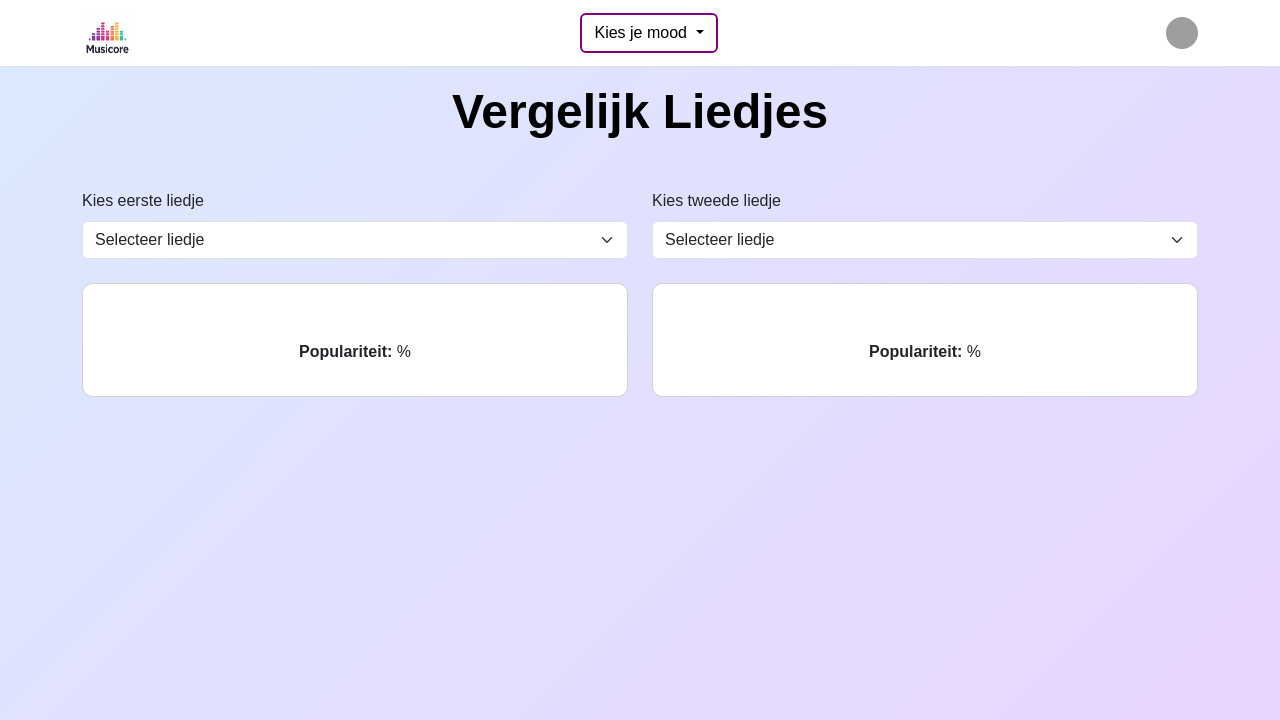
Repository: khadishat00/maskr
Page: maskr-frontend/compare.html
An editor plug-in stored every save of this project. The page is shown before and after the next save, followed by the edit.
The browser window is 1280 px wide. The pictures show the whole page.
Pictures or frames that could not be fetched are drawn as grey boxes.

Above is the page before, as saved 2026-04-28 11:00:48.

### maskr-frontend/compare.html
<!DOCTYPE html>
<html lang="en">
<head>
    <meta charset="UTF-8">
    <meta name="viewport" content="width=device-width, initial-scale=1.0">

    <link href="https://cdn.jsdelivr.net/npm/bootstrap@5.3.3/dist/css/bootstrap.min.css" rel="stylesheet" />
    <script src="https://cdn.jsdelivr.net/npm/bootstrap@5.3.2/dist/js/bootstrap.bundle.min.js"></script>
    <link rel="stylesheet" href="css/general.css" />
    <script src="https://unpkg.com/lucide@latest"></script>
</head>
<header class="py-2 mb-3 border-bottom bg-white">
    <div
      class="container d-flex align-items-center justify-content-between"
    >
       <div class="logo">
       <a href="home.html"> <img src="assets/logo.png" alt="logo" width="50" height="50" /></a>
      </div>
      <div class="dropdown">
        <button
          class="btn dropdown-toggle"
          type="button"
          data-bs-toggle="dropdown"
          style="
            background-color: white;
            border: 2px solid purple;
            color: black;" >
          Kies je mood
        </button>
        <ul class="dropdown-menu">
          <li><a class="dropdown-item" href="#"> Blij</a></li>
          <li><a class="dropdown-item" href="#"> Moe</a></li>
          <li><a class="dropdown-item" href="#"> Gemotiveerd</a></li>
          <li><a class="dropdown-item" href="#"> Relaxed</a></li>
        </ul>
      </div>
      <div class="dropdown">
        <img
          src="https://images.pexels.com/photos/6985001/pexels-photo-6985001.jpeg"
          alt="profiel"
          width="32"
          height="32"
          class="rounded-circle dropdown-toggle"
          data-bs-toggle="dropdown"
          style="cursor: pointer"
        />

        <ul class="dropdown-menu dropdown-menu-end text-small shadow">
          <li><a class="dropdown-item" href="#">Profiel</a></li>  <!-- profile page nog aanmaken-->
          <li><hr class="dropdown-divider" /></li>
          <li><a class="dropdown-item" href="index.html">Afmelden</a></li>
        </ul>
      </div>
    </div>
  </header>
<body>
<header class="text-center mb-5">
    <h1 class="display-5 fw-bold text-black mb-3">
        Vergelijk Liedjes
        <div class="dropdown">
                        <ul class="dropdown-menu dropdown-menu-end text-small shadow">
                <li><a class="dropdown-item" href="#">Profiel</a></li>
                <li><hr class="dropdown-divider" /></li>
                <li><a class="dropdown-item" href="index.html">Afmelden</a></li>
            </ul>
        </div>
    </div>
</header>

<div class="container">

    <!-- dropdowns -->
    <div class="row mb-4">
        <div class="col-md-6">
            <label class="form-label">Kies eerste liedje</label>
            <select id="song1" class="form-select">
                <option value="">Selecteer liedje</option>
            </select>
        </div>

        <div class="col-md-6">
            <label class="form-label">Kies tweede liedje</label>
            <select id="song2" class="form-select">
                <option value="">Selecteer liedje</option>
            </select>
        </div>
    </div>

    <div class="row g-4" id="compareResult">

        <div class="col-md-6">
            <div class="card p-3 text-center">
                <img id="cover1" class="img-fluid rounded mb-3" style="max-height:300px; object-fit:cover;">
                <h4 id="title1"></h4>
                <p id="artist1"></p>
                <p><strong>Populariteit:</strong> <span id="pop1"></span>%</p>
            </div>
        </div>

        <div class="col-md-6">
            <div class="card p-3 text-center">
                <img id="cover2" class="img-fluid rounded mb-3" style="max-height:300px; object-fit:cover;">
                <h4 id="title2"></h4>
                <p id="artist2"></p>
                <p><strong>Populariteit:</strong> <span id="pop2"></span>%</p>
            </div>
        </div>

    </div>
</div>

<script src="compare.js"></script>

</body>
</html>

### maskr-frontend/css/general.css
body {
  min-height: 100vh;
  background: linear-gradient(135deg, #dbeafe, #e9d5ff) !important;
  font-family: sans-serif;
}

.card {
  border-radius: 10px;
  overflow: hidden;
  transition: transform 0.2s ease;
}

.card:hover {
  transform: scale(1.03);
}

.card-img-top {
  height: 200px;
  object-fit: cover;
}

.btn-dark:hover {
  background-color: #6b21a8;
}

.text-purple-900 {
  color: #6b21a8;
}

.text-purple-700 {
  color: #7c3aed;
}

.text-primary {
  color: #6b21a8 !important;
}

.search-wrapper {
  display: flex;
  align-items: center;
  background: white;
  border-radius: 14px;
  padding: 10px;
  position: relative;
}

.search-icon {
  position: absolute;
  left: 18px;
  width: 20px;
  height: 20px;
}

.custom-input {
  border: none;
  padding-left: 45px;
  height: 50px;
}

.custom-input:focus {
  box-shadow: none;
}

.btn-search {
  border-radius: 10px;
  padding: 10px 25px;
}

.action-card {
  border-radius: 14px;
  cursor: pointer;
  transition: all 0.2s ease;
}

.action-card:hover {
  transform: translateY(-4px);
  box-shadow: 0 10px 25px rgba(0, 0, 0, 0.1);
}

.icon-box {
  width: 56px;
  height: 56px;
  border-radius: 12px;
  display: flex;
  align-items: center;
  justify-content: center;
}

.gradient-blue {
  background: linear-gradient(135deg, #3b82f6, #06b6d4);
}

.gradient-orange {
  background: linear-gradient(135deg, #f59e0b, #f97316);
}

.song-of-the-week {
  border-radius: 14px;
  background: linear-gradient(135deg, #f3e8ff, #fce7f3);
}

.song-week-img {
  width: 110px;
  height: 110px;
  border-radius: 10px;
  object-fit: cover;
}

.song-card {
  border-radius: 14px;
  cursor: pointer;
  transition: all 0.2s;
}

.song-card:hover {
  transform: translateY(-4px);
  box-shadow: 0 8px 20px rgba(0, 0, 0, 0.1);
}

.song-img {
  width: 100%;
  aspect-ratio: 1/1;
  object-fit: cover;
  border-radius: 10px;
}

.song-title {
  font-weight: 600;
  font-size: 0.9rem;
  margin-top: 8px;
}

.song-artist {
  font-size: 0.8rem;
  color: #6b21a8;
}
.popularity-bar {
  height: 6px;
  background: #e5e7eb;
  border-radius: 10px;
  margin-top: 6px;
}

.popularity-fill {
  height: 6px;
  background: #9333ea;
  border-radius: 10px;
}
.action-card {
    cursor: pointer;
    transition: transform 0.2s ease;
}

.action-card:hover {
    transform: translateY(-5px);
}
.song-page{
  min-height:100vh;
}

.back-link{
  color:#000;
   text-decoration:none;
  font-weight:500;
  font-size:0.95rem;
}

.back-link:hover{
  color: blueviolet;
}

.song-cover{
  width:200px;
  border-radius:14px;
  object-fit:cover;
  box-shadow:0 10px 25px rgba(0,0,0,0.1);
}

.song-title-large{
  font-size:2rem;
  font-weight:700;
}

.song-artist-large{
  font-size:1.1rem;
  color:#6b21a8;
}

.song-album{
  font-size:0.9rem;
}

.song-buttons .btn{
  border-radius:10px;
  padding:8px 18px;
}

.audio-card{
  background:white;
  border-radius:14px;
  padding:30px;
  margin-top:40px;
  box-shadow:0 10px 25px rgba(0,0,0,0.08);
}

.feature{
  border-left:4px solid #9333ea;
  padding-left:14px;
}

.feature h6{
  color:#9333ea;
  font-size:0.85rem;
  margin-bottom:5px;
}

.feature-value{
  font-size:1.4rem;
  font-weight:700;
}

.feature p{
  font-size:0.8rem;
  color:#000;
}

 /* collectie pagina */

.search{
    padding: 10px;
    float: left;
    width: 20%;
    border: none;
    cursor: pointer;
}

/*  guessthesong */



.game-container {
  width: 300px;
  border: 1px solid white;
  padding: 50px;
  margin: 30px;
  display: flex;
  flex-direction: column;
  align-items: center;
  justify-content: center;
  padding-bottom: 50px;
  border-style: solid;
  background-color: white;
  border-color: #f2f2f2;
  border-radius: 9px;
}
.spelen{
    gap: 20px;
}
.musicnote{

    text-align: left;
    width: 100%;
    padding: 10px;
}
 button, .musicnote {
    display: flex;
    align-items: center;
    gap: 6px;
}

.spelen img{
    width: 80%;
    border-radius: 6px;
}
.afspelen {
    gap: 10px;

}
.afspelen button{
    color: white;
    background-color: black;
    border-radius: 4px;
    border: none;
    gap: 20px;

}
.button1{
    display: flex;
    background-color: white;
    cursor: pointer;
    padding: 10px;
    border: none;
    border-radius: 8px;
    font-size: 10px;

}

.liedje{
    padding: 15px;
    align-items: start;
    font-size: 12px;
}
.hoe {
    color: blue;
    border-style: solid;
    background-color: rgb(138, 134, 169);
    padding-bottom: 55px;
    font-size: 10px;
    align-items: start;
    padding: 15px;
}

### maskr-frontend/js/compare.js
// compare.js

const songs = [
{
title:"Blinding Lights",
artist:"The Weeknd",
popularity:95,
cover:"https://images.unsplash.com/photo-1470225620780-dba8ba36b745?w=300"
},
{
title:"Shape of You",
artist:"Ed Sheeran",
popularity:92,
cover:"https://images.unsplash.com/photo-1511671782779-c97d3d27a1d4?w=300"
},
{
title:"STAY",
artist:"The Kid LAROI",
popularity:91,
cover:"https://images.unsplash.com/photo-1493225457124-a3eb161ffa5f?w=300"
},
{
title:"Watermelon Sugar",
artist:"Harry Styles",
popularity:90,
cover:"https://images.unsplash.com/photo-1507874457470-272b3c8d8ee2?w=300"
},
{
title:"Heat Waves",
artist:"Glass Animals",
popularity:89,
cover:"https://images.unsplash.com/photo-1501386761578-eac5c94b800a?w=300"
},
{
title:"Levitating",
artist:"Dua Lipa",
popularity:88,
cover:"https://images.unsplash.com/photo-1518972559570-7cc1309f3229?w=300"
}
];

const select1 = document.getElementById("song1");
const select2 = document.getElementById("song2");

// dropdown vullen
songs.forEach(song => {
    const option1 = document.createElement("option");
    option1.value = song.title;
    option1.textContent = `${song.title} - ${song.artist}`;
    select1.appendChild(option1);

    const option2 = document.createElement("option");
    option2.value = song.title;
    option2.textContent = `${song.title} - ${song.artist}`;
    select2.appendChild(option2);
});

function updateComparison() {
    const songA = songs.find(s => s.title === select1.value);
    const songB = songs.find(s => s.title === select2.value);

    if (songA) {
        document.getElementById("cover1").src = songA.cover;
        document.getElementById("title1").textContent = songA.title;
        document.getElementById("artist1").textContent = songA.artist;
        document.getElementById("pop1").textContent = songA.popularity;
    }

    if (songB) {
        document.getElementById("cover2").src = songB.cover;
        document.getElementById("title2").textContent = songB.title;
        document.getElementById("artist2").textContent = songB.artist;
        document.getElementById("pop2").textContent = songB.popularity;
    }
}

select1.addEventListener("change", updateComparison);
select2.addEventListener("change", updateComparison);

After the next save:
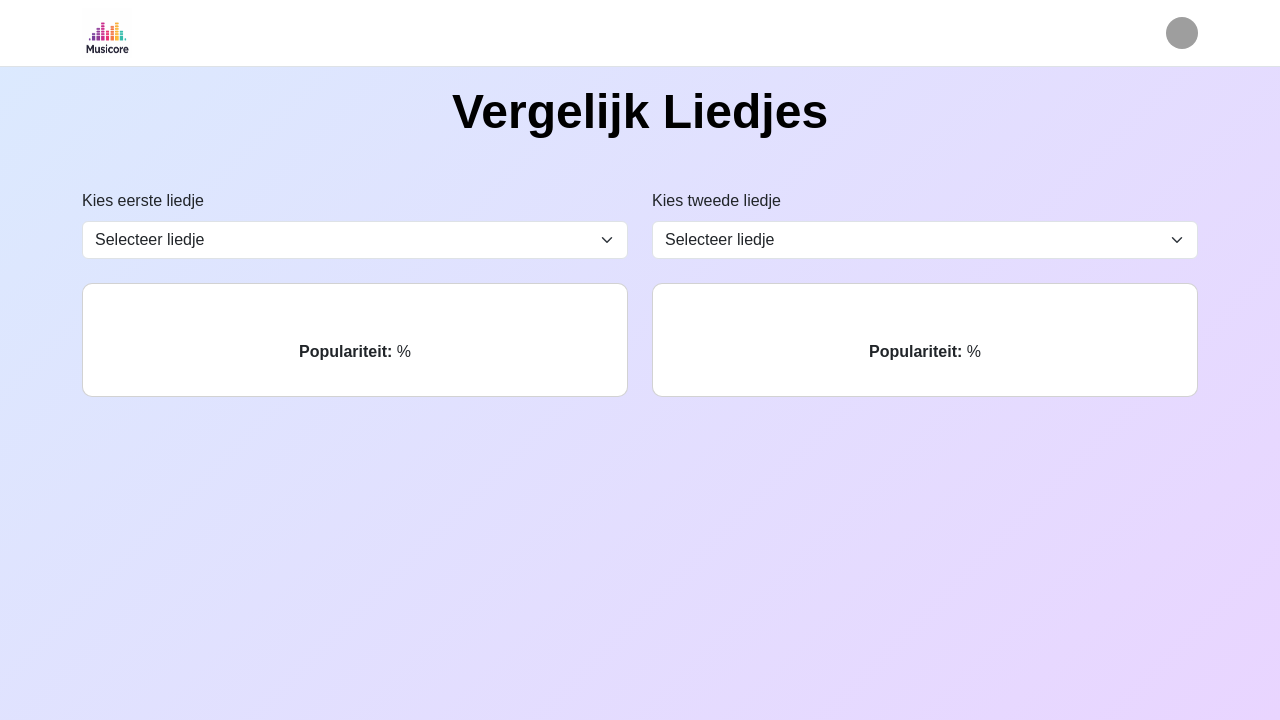
Saved 15 s later.
--- a/maskr-frontend/compare.html
+++ b/maskr-frontend/compare.html
@@ -15,24 +15,6 @@
     >
        <div class="logo">
        <a href="home.html"> <img src="assets/logo.png" alt="logo" width="50" height="50" /></a>
-      </div>
-      <div class="dropdown">
-        <button
-          class="btn dropdown-toggle"
-          type="button"
-          data-bs-toggle="dropdown"
-          style="
-            background-color: white;
-            border: 2px solid purple;
-            color: black;" >
-          Kies je mood
-        </button>
-        <ul class="dropdown-menu">
-          <li><a class="dropdown-item" href="#"> Blij</a></li>
-          <li><a class="dropdown-item" href="#"> Moe</a></li>
-          <li><a class="dropdown-item" href="#"> Gemotiveerd</a></li>
-          <li><a class="dropdown-item" href="#"> Relaxed</a></li>
-        </ul>
       </div>
       <div class="dropdown">
         <img
